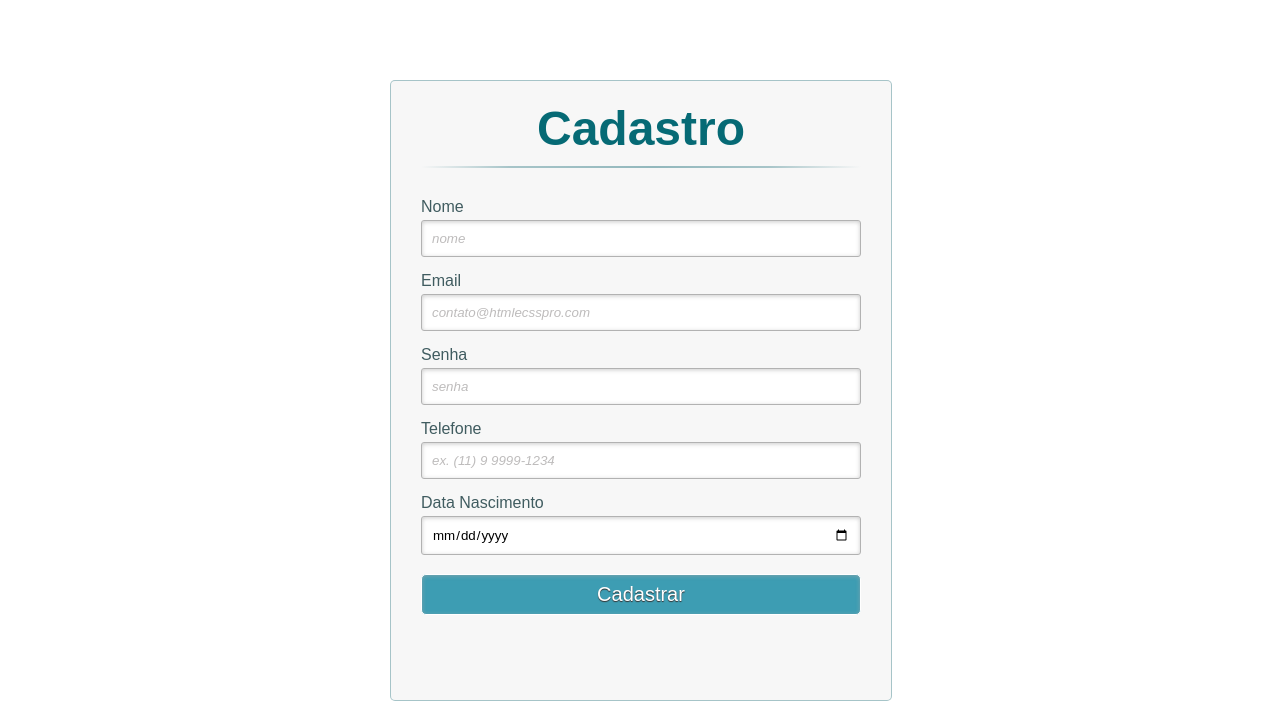
Repository: DavidCostaMariano/gsjava
Page: http://localhost/GsJava/form/formCadastro.jsp
These files come from the project's save history. The page is drawn as it stood at one moment and after the next save; the edit follows.
The browser window is 1280 px wide. The pictures show the whole page.
The page is served by Tomcat 9.

Above is the page before, as saved 2023-11-15 15:39:08.

After the next save:
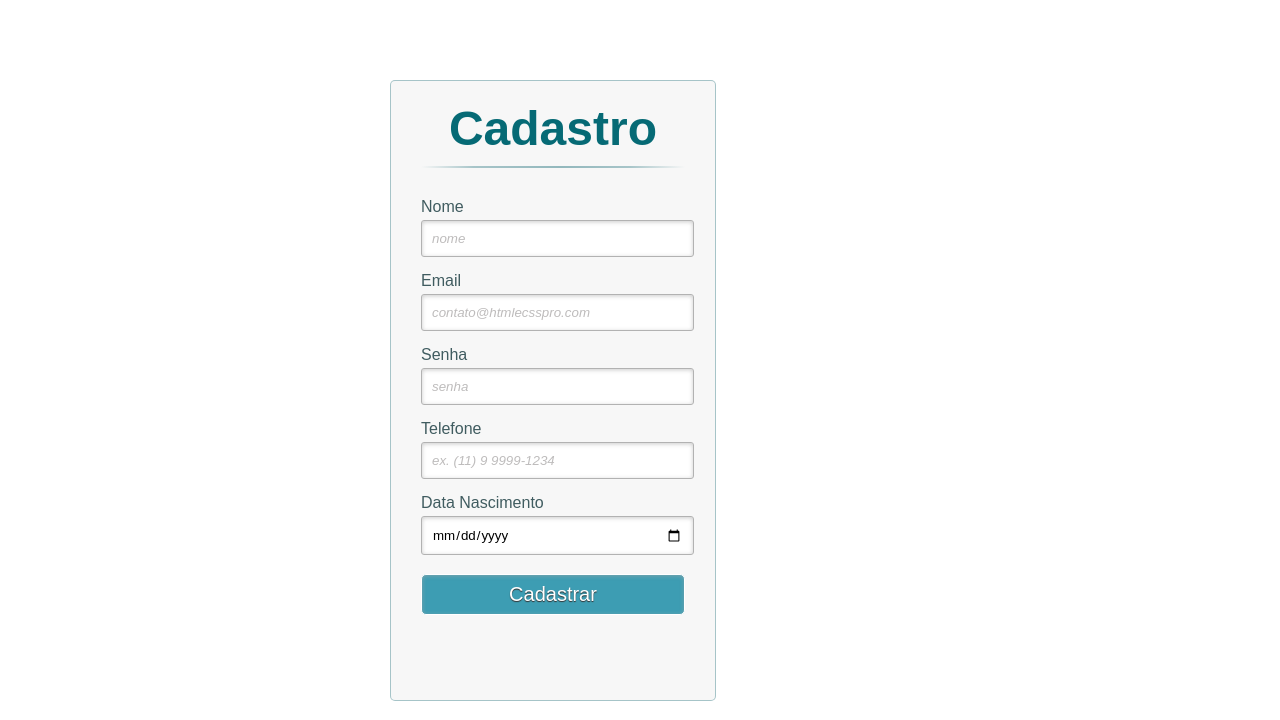
Saved 62 s later.
--- a/GsJava/src/main/webapp/css/estilo.css
+++ b/GsJava/src/main/webapp/css/estilo.css
@@ -160,23 +160,11 @@ input[type="submit"]:hover{
 #cadastro,
 #login{
   position: absolute;
-  top: 0px;
-  width: 88%;
   padding: 18px 6% 60px 6%;
   margin: 0 0 35px 0;
   background: #f7f7f7;
   border: 1px solid rgba(147, 184, 189,0.8);
-
-  -webkit-box-shadow: 5px;
   border-radius: 5px;
-
-  -webkit-animation-duration: 0.5s;
-  -webkit-animation-timing-function: ease;
-  -webkit-animation-fill-mode: both;
-
-  animation-duration: 0.5s;
-  animation-timing-function: ease;
-  animation-fill-mode: both;
 }
 
 /* Efeito ao clicar no botão ( Ir para Login ) */
